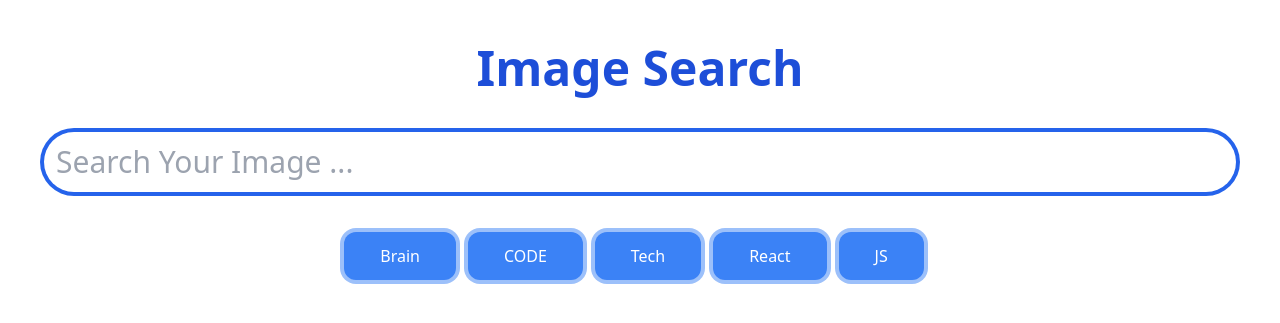
Repository: rkrukshan/react-image-gallery
Page: /
An editor plug-in stored every save of this project. The page is shown before and after the next save, followed by the edit.
The browser window is 1280 px wide. The pictures show the whole page.
The project was rebuilt for these pictures with package versions that can differ from the ones it lists, and the page was loaded fresh each time. Also part of the build but not shown: vite.config.js.

Above is the page before, as saved 2025-01-07 13:08:04.

### src/index.css
@tailwind base;
@tailwind components;
@tailwind utilities;

.btn {
  @apply bg-blue-500 text-white px-9 py-3 mr-3 rounded-xl ring-4 hover:ring-slate-400;
}

### src/App.jsx
import Gallery from "./assets/components/Gallery";

export default function App() {
  return (
    <div className="container mx-auto p-11">

    <Gallery/>

    </div>
  )
}

### src/assets/components/Gallery.jsx
export default function Gallery() {
  return (
    <div className="">
      <h1 className="font-bold text-5xl text-blue-700 text-center">
        Image Search
      </h1>
      <div className="mt-10 text-3xl text-center">
        <input
          type="search"
          placeholder="Search Your Image ..."
          className="w-full rounded-full ring-4 ring-blue-600 p-3"
        />
      </div>
      <div className="flex justify-center mt-10">
        <button className="btn">Brain</button>
        <button className="btn">CODE</button>
        <button className="btn"> Tech</button>
        <button className="btn">React</button>
        <button className="btn">JS</button>
      </div>
    </div>
  );
}

Loaded but not shown: index.html (common file); src/main.jsx (common file); tailwind.config.js (common file)

After the next save:
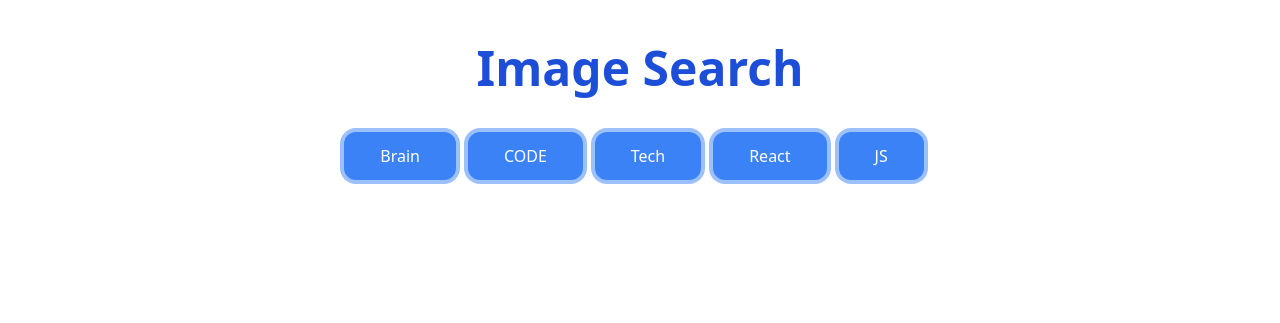
Saved 3 min 3 s later.
--- a/src/assets/components/Gallery.jsx
+++ b/src/assets/components/Gallery.jsx
@@ -5,11 +5,7 @@ export default function Gallery() {
         Image Search
       </h1>
       <div className="mt-10 text-3xl text-center">
-        <input
-          type="search"
-          placeholder="Search Your Image ..."
-          className="w-full rounded-full ring-4 ring-blue-600 p-3"
-        />
+
       </div>
       <div className="flex justify-center mt-10">
         <button className="btn">Brain</button>
